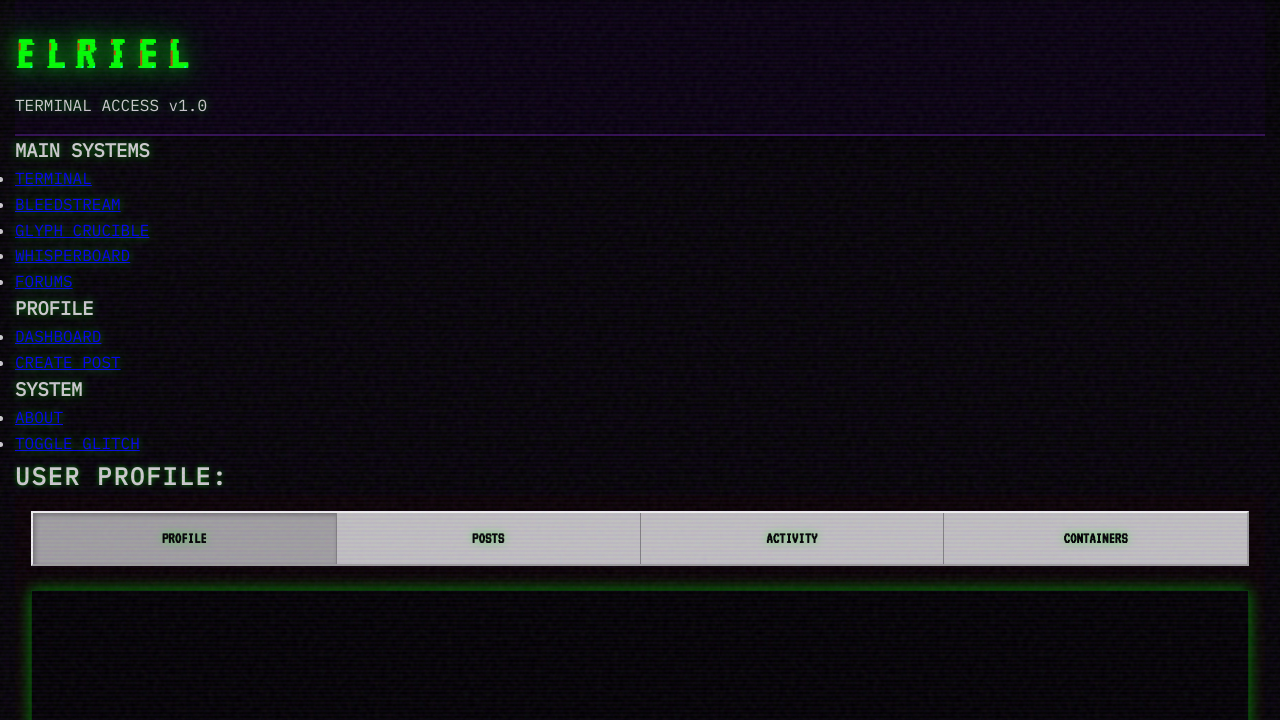
Repository: numbpill3d/elriel_1.0-forum
Page: views/profile/view-enhanced.html
An editor plug-in stored every save of this project. The page is shown before and after the next save, followed by the edit.
The browser window is 1280 px wide. The pictures show the whole page.
An inner scrolling area shows only its first screen. Some web fonts or font styles are not loaded; a fallback is used.

Above is the page before, as saved 2025-05-09 04:44:07.
Console error: ReferenceError: __DATA__ is not defined

After the next save:
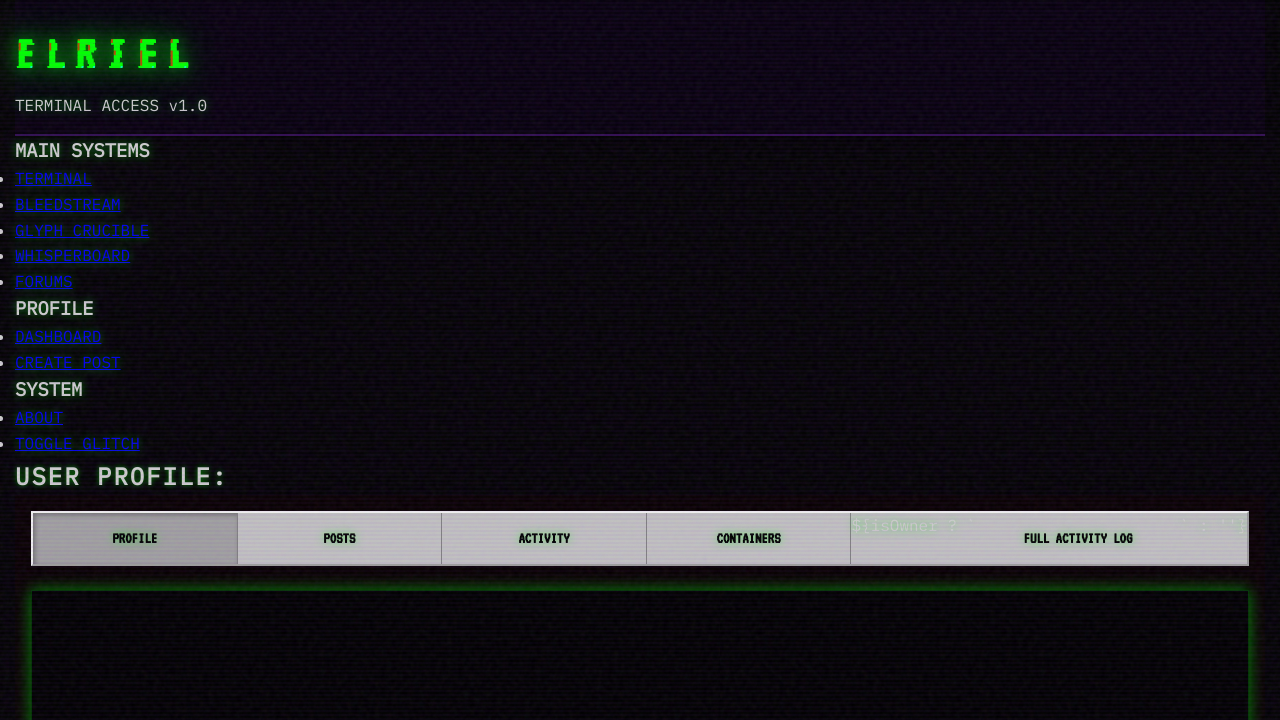
Saved 26 s later.
--- a/views/profile/view-enhanced.html
+++ b/views/profile/view-enhanced.html
@@ -358,6 +358,7 @@
               <a href="#posts" class="profile-nav-item">POSTS</a>
               <a href="#activity" class="profile-nav-item">ACTIVITY</a>
               <a href="#containers" class="profile-nav-item">CONTAINERS</a>
+              ${isOwner ? `<a href="/profile/activity" class="profile-nav-item">FULL ACTIVITY LOG</a>` : ''}
             </div>
             <!-- Profile header with background -->
             <div class="profile-view-header" id="profile-view-header">
